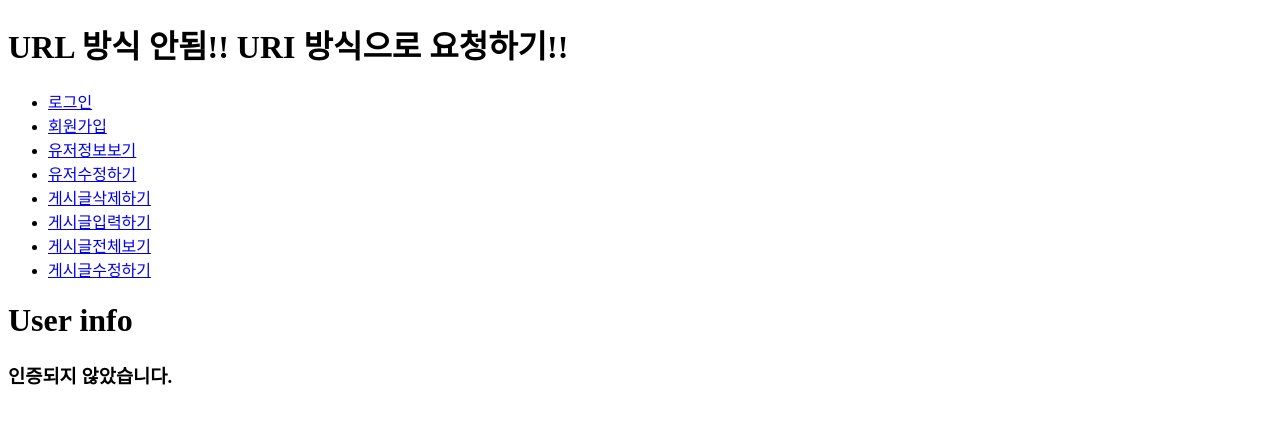
Repository: kimhaengun/Jsp
Page: http://localhost/hello/user/selectOne.jsp
These files come from the project's save history. The page is drawn as it stood at one moment and after the next save; the edit follows.
The browser window is 1280 px wide. The pictures show the whole page.
The page is served by Tomcat 9.

Above is the page before, as saved 2020-12-23 02:14:05.

After the next save:
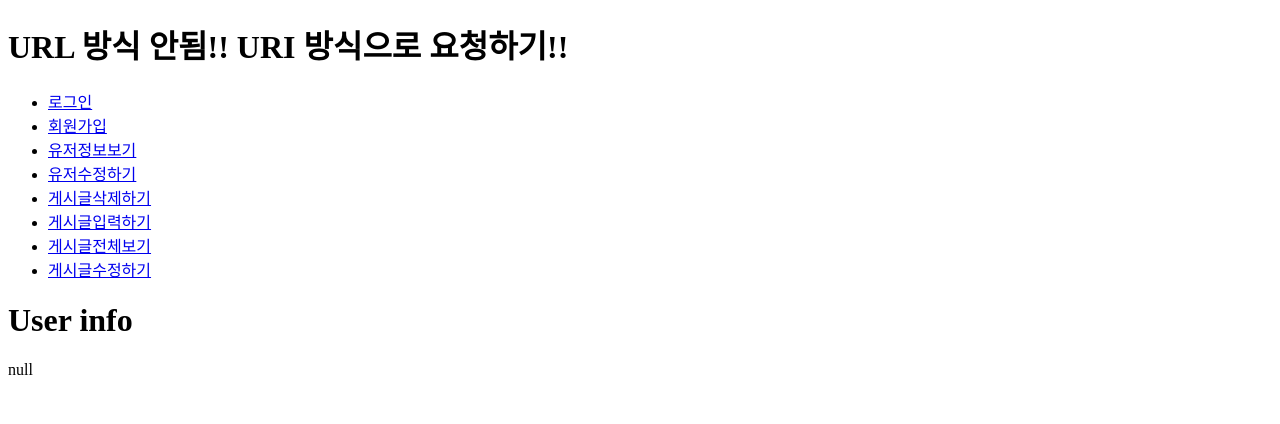
Saved 58 s later.
--- a/hello/WebContent/user/selectOne.jsp
+++ b/hello/WebContent/user/selectOne.jsp
@@ -4,17 +4,8 @@
 <%@ include file="../layout/header.jsp" %>
 <h1>User info</h1>
 <%
-	Users user = (Users)session.getAttribute("sessionUser");
-	if(user == null){
+	String result = (String)request.getAttribute("result");
 %>
-	<h3>인증되지 않았습니다.</h3>
-<%
-	}else{
-%>
-	<h3>인증되었습니다.</h3>
-<%
-	}
-%>
-
+<%=result %>
 </body>
 </html>
